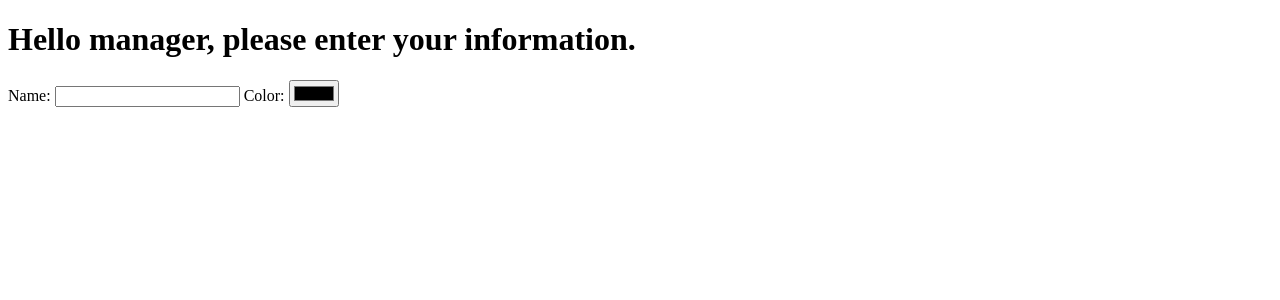
Repository: danksky/CSCI-201-Archive
Page: workspace3/CSCI201Factory_Lab4/WebContent/setupForm.html
The author's editor kept a copy of each file at every save. The page is drawn from the files as they stood at one save, then again after the next save.
The browser window is 1280 px wide. The pictures show the whole page.

Above is the page before, as saved 2017-02-08 20:55:10.

After the next save:
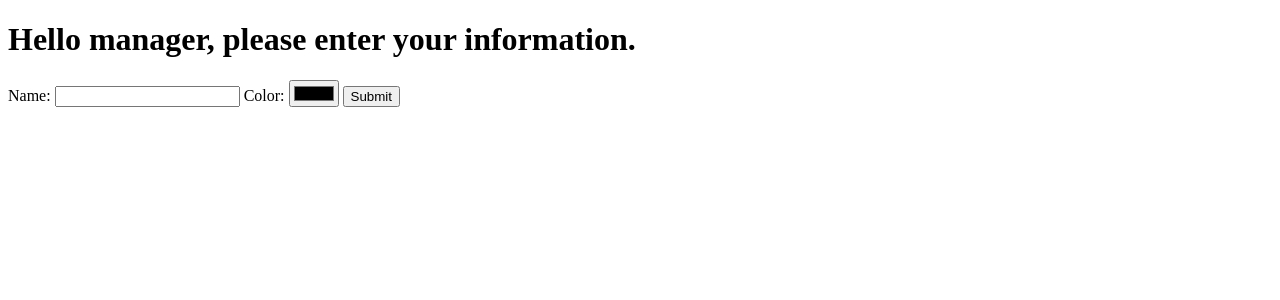
Saved 50 s later.
--- a/workspace3/CSCI201Factory_Lab4/WebContent/setupForm.html
+++ b/workspace3/CSCI201Factory_Lab4/WebContent/setupForm.html
@@ -9,6 +9,7 @@
 	<form>
 		<td>Name: <input type="text" name="name-field"></td>
 		<td>Color: <input type="color" name="color"></td>
+		<button>Submit</button>
 	</form>
 </body>
 </html>
